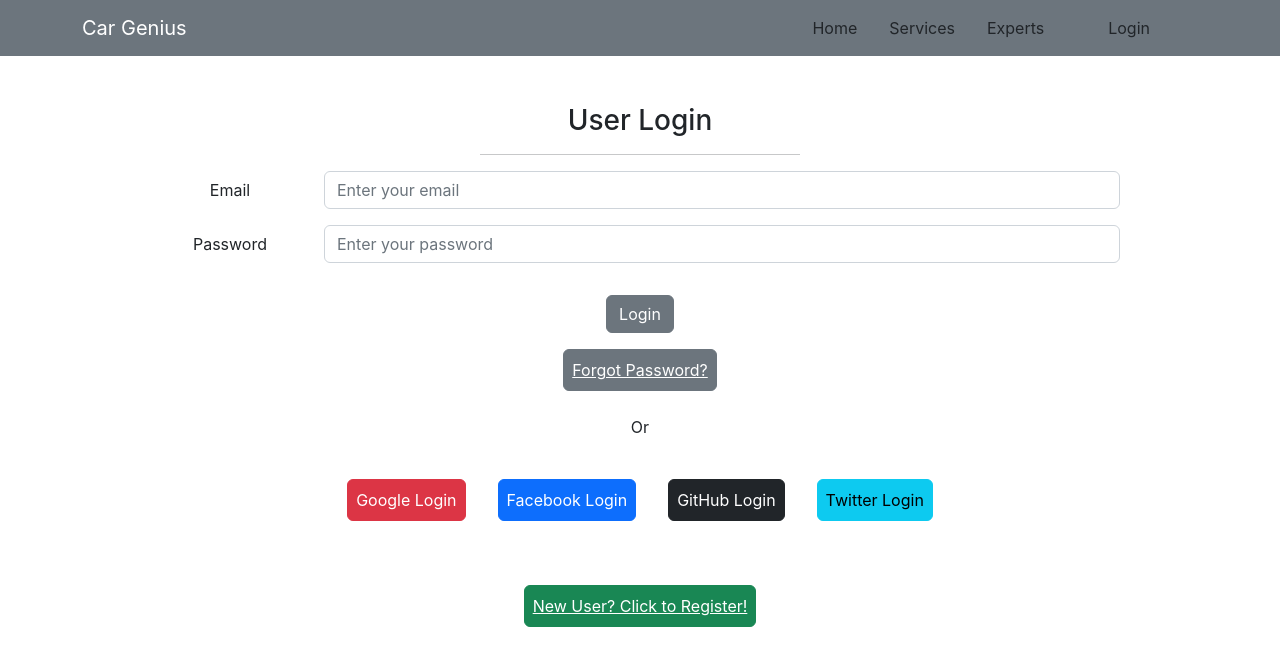
Repository: Sharif-00112/genius-car-service-client
Page: /booking/1
These files come from the project's save history. The page is drawn as it stood at one moment and after the next save; the edit follows.
The browser window is 1280 px wide. The pictures show the whole page.
The project was rebuilt for these pictures with package versions that can differ from the ones it lists, and the page was loaded fresh each time. Also part of the build but not shown: src/Pages/Home/Banner/Banner.js, src/Pages/Home/Expert/Expert.js, src/Pages/Home/Experts/Experts.js, src/Pages/Home/Service/Service.css, src/Pages/Home/Service/Service.js, src/Pages/Home/Services/Services.css, src/Pages/Home/Services/Services.js, src/Pages/Home/Home/Home.js and 3 more.

Above is the page before, as saved 2022-09-08 13:46:51.

### public/index.html
<!DOCTYPE html>
<html lang="en">
  <head>
    <meta charset="utf-8" />
    <link rel="icon" href="%PUBLIC_URL%/favicon.ico" />
    <meta name="viewport" content="width=device-width, initial-scale=1" />
    <meta name="theme-color" content="#000000" />
    <meta
      name="description"
      content="Web site created using create-react-app"
    />
    <link rel="apple-touch-icon" href="%PUBLIC_URL%/logo192.png" />
    <!--
      manifest.json provides metadata used when your web app is installed on a
      user's mobile device or desktop. See https://developers.google.com/web/fundamentals/web-app-manifest/
    -->
    <link rel="manifest" href="%PUBLIC_URL%/manifest.json" />
    <link rel="stylesheet" href="https://cdn.jsdelivr.net/npm/bootstrap@5.2.0/dist/css/bootstrap.min.css">

    <!--
      Notice the use of %PUBLIC_URL% in the tags above.
      It will be replaced with the URL of the `public` folder during the build.
      Only files inside the `public` folder can be referenced from the HTML.

      Unlike "/favicon.ico" or "favicon.ico", "%PUBLIC_URL%/favicon.ico" will
      work correctly both with client-side routing and a non-root public URL.
      Learn how to configure a non-root public URL by running `npm run build`.
    -->
    <title>React App</title>
  </head>
  <body>
    <noscript>You need to enable JavaScript to run this app.</noscript>
    <div id="root"></div>
    <!--
      This HTML file is a template.
      If you open it directly in the browser, you will see an empty page.

      You can add webfonts, meta tags, or analytics to this file.
      The build step will place the bundled scripts into the <body> tag.

      To begin the development, run `npm start` or `yarn start`.
      To create a production bundle, use `npm run build` or `yarn build`.
    -->
  </body>
</html>

### src/App.js
// import logo from './logo.svg';
import './App.css';
import { BrowserRouter as Router, Routes, Route} from 'react-router-dom';
import AuthProvider from './Pages/Login/context/AuthProvider';
import Home from './Pages/Home/Home/Home';
import PrivateRoute from './Pages/Login/PrivateRoute/PrivateRoute'
import NotFound from './Pages/NotFound/NotFound';
import Booking from './Pages/Booking/Booking/Booking';
import Login from './Pages/Login/Login/Login';
import Register from './Pages/Login/Register/Register';
import Header from './Pages/Shared/Header/Header';

function App() {
  return (
    <div className="App">
      <AuthProvider>
        <Router>
          <Header></Header>
          <Routes>
            <Route exact path = '/' element = {<Home></Home>}> </Route>
            <Route exact path = '/home' element = {<Home></Home>}> </Route>
            {/* <Route exact path = '/about' element = {<About></About>}> </Route>
            <Route exact path = '/contact' element = {<Contact></Contact>}> </Route> */}
            <Route exact path = '/login' element = {<Login></Login>}> </Route>
            <Route exact path = '/register' element = {<Register></Register>}> </Route>


            <Route exact path = '/booking/:serviceId' element = {
              <PrivateRoute>
                <Booking></Booking>
              </PrivateRoute>
            }> </Route>

            <Route exact path = '*' element = {<NotFound></NotFound>}> </Route>
          </Routes>
          {/* <Footer></Footer> */}
        </Router>
      </AuthProvider>
    </div>
  );
}

export default App;

### src/Pages/Login/context/AuthProvider.js
import React from 'react';
import { createContext } from 'react';
import useFirebase from '../hooks/useFirebase';

//step-1-context
export const AuthContext = createContext();

const AuthProvider = (props) => {
    //step-3-context
    const {children} = props;

    //step-5-context
    const allContext = useFirebase();

    return (
        //step-2-context
        <AuthContext.Provider value={allContext}>
            {children}
        </AuthContext.Provider>
    );
};

export default AuthProvider;

### src/Pages/Login/PrivateRoute/PrivateRoute.js
import React from 'react';
import { Navigate } from 'react-router-dom';
import useAuth from '../../Login/hooks/useAuth';

const PrivateRoute = ({children}) => {
    // const {children, ...rest} = props;

    const {user} = useAuth();

    return (
        user.email ? children
        :
        <Navigate to="/login" />
    );
};

export default PrivateRoute;

### src/Pages/Login/Login/Login.js
import React from 'react';
import { Link } from 'react-router-dom';
import useAuth from '../../Login/hooks/useAuth';

const Login = () => {
    //destructuring hooks
    const {signInUsingGoogle, signInUsingGithub, signInUsingFacebook, signInUsingTwitter, user, error, handleLoginSubmitBtn, handleEmailChange, handlePasswordChange } = useAuth();

    return (
        <div>
            { !user.email ? <h3 className='pt-5'>User Login</h3>
            :
            <div className="">
                <h3 className='pt-5'>Welcome, <span className='text-success'>{user.displayName}</span></h3>
            </div>
            }

            <hr className='w-25 mx-auto'/>

            { !user.email ?
                <div className="">
                    <form className='w-75 mx-auto' onSubmit={handleLoginSubmitBtn}>
                        <div className="row mb-3">
                            <label for="inputEmail3" className="col-sm-2 col-form-label">Email</label>
                            <div className="col-sm-10">
                            <input onChange={handleEmailChange}  type="email" className="form-control" id="inputEmail3" placeholder='Enter your email' required/>
                            </div>
                        </div>
                        <div className="row mb-3">
                            <label for="inputPassword3" className="col-sm-2 col-form-label">Password</label>
                            <div className="col-sm-10">
                            <input onChange={handlePasswordChange} type="password" className="form-control" id="inputPassword3" placeholder='Enter your password' required/>
                            </div>

                            <br />
                            <p className='text-danger'>{error}</p>
                        </div>
                        <button type="submit" className="btn btn-secondary">Login</button>
                    </form>
                    <button className='btn btn-secondary p-2 mt-3'><Link className='text-decoration-none text-white' to="/forgotpassword"><u>Forgot Password?</u></Link></button>


                    <p className='m-4'>Or</p>

                    <button onClick={signInUsingGoogle} className='btn btn-danger p-2 m-3'>Google Login</button>

                    <button onClick={signInUsingFacebook} className='btn btn-primary p-2 m-3'>Facebook Login</button>

                    <button onClick={signInUsingGithub} className='btn btn-dark p-2 m-3'>GitHub Login</button>

                    <button onClick={signInUsingTwitter} className='btn btn-info p-2 m-3'>Twitter Login</button>

                    <br />
                    <h5>{error}</h5>
                    <br />

                    <button className='btn btn-success p-2 m-3'><Link className='text-decoration-none text-white' to="/register"><u>New User? Click to Register!</u></Link></button>
                </div>
                :
                <div className="mb-5">
                    <p>Email: {user.email}</p>
                    <img src={user.photoURL} alt="" />
                    <br />
                    <button className='btn btn-secondary p-2 mt-3'><Link className='text-decoration-none text-white' to="/completeprofile"><u>Complete Profile</u></Link></button>
                </div>
            }



        </div>
    );
};

export default Login;

### src/Pages/Shared/Header/Header.js
import React from 'react';
import { Button, Container, Nav, Navbar } from 'react-bootstrap';
// import logo from '../../../images/logo.png'
import { Link } from 'react-router-dom';
import useAuth from '../../Login/hooks/useAuth';

const Header = () => {
    const {user, logout} = useAuth();
    return (
        <>
            <Navbar collapseOnSelect expand="lg" bg="secondary" variant="dark" sticky='top'>
                <Container>
                    <Navbar.Brand href="/home">
                        {/* <img src={logo} height="30" alt="" /> */}
                        Car Genius
                    </Navbar.Brand>
                    <Navbar.Toggle />
                    <Navbar.Collapse className="justify-content-end">
                        <Nav.Link as={Link} to="/home#home" className='mx-3'>Home</Nav.Link>
                        <Nav.Link as={Link} to="/home#services" className='mx-3'>Services</Nav.Link>
                        <Nav.Link as={Link} to="/home#experts" className='mx-3'>Experts</Nav.Link>

                        {user?.email ?
                            <div className="">
                                <Navbar.Text className='mx-4'>
                                    Signed in as: {user?.displayName}
                                </Navbar.Text>
                                <Button onClick={logout} variant='light'>Logout</Button>
                            </div>
                            :
                            <Nav.Link as={Link} to="/login" className='mx-5'>Login</Nav.Link>
                        }
                    </Navbar.Collapse>
                </Container>
            </Navbar>
        </>
    );
};

export default Header;

### src/Pages/Login/hooks/useFirebase.js
import { useState } from "react";
import initializeAuthentication from '../Firebase/firebase.initialize';
import { getAuth, signInWithPopup, GoogleAuthProvider, onAuthStateChanged, signOut, GithubAuthProvider, FacebookAuthProvider, createUserWithEmailAndPassword, signInWithEmailAndPassword, sendPasswordResetEmail, updatePassword, sendEmailVerification, updateProfile, } from "firebase/auth";
import { useEffect } from "react";

initializeAuthentication();

const useFirebase = () =>{
    const [user, setUser] = useState({});
    const [error, setError] = useState('');
    const [name, setName] = useState('');
    const [email, setEmail] = useState('');
    const [password, setPassword] = useState('');

    const googleProvider = new GoogleAuthProvider();
    const gitProvider = new GithubAuthProvider();
    const facebookProvider = new FacebookAuthProvider();
    const auth = getAuth();

    const signInUsingGoogle = () =>{
        signInWithPopup(auth, googleProvider)
        .then((result) => {
            // This gives you a Google Access Token. You can use it to access the Google API.
            // const credential = GoogleAuthProvider.credentialFromResult(result);
            // const token = credential.accessToken;
            // The signed-in user info.
            setUser(result.user);
        }).catch((error) => {
            // Handle Errors here.
            setError(error.code);
            setError(error.message);
            // The email of the user's account used.
            setError(error.customData.email);
            // The AuthCredential type that was used.
            setError(GoogleAuthProvider.credentialFromError(error));
        });
    }

    const signInUsingGithub = () =>{
      signInWithPopup(auth, gitProvider)
      .then((result) => {
        // This gives you a GitHub Access Token. You can use it to access the GitHub API.
        // const credential = GithubAuthProvider.credentialFromResult(result);
        // const token = credential.accessToken;

        // The signed-in user info.
        setUser(result.user);
      }).catch((error) => {
        // Handle Errors here.
        setError(error.code);
        setError(error.message);
        // The email of the user's account used.
        setError(error.customData.email);
        // The AuthCredential type that was used.
        setError(GithubAuthProvider.credentialFromError(error));
      });
    };

    const signInUsingFacebook = () =>{
      signInWithPopup(auth, facebookProvider)
      .then((result) => {
        // The signed-in user info.
        setUser(result.user);

        // This gives you a Facebook Access Token. You can use it to access the Facebook API.
        // const credential = FacebookAuthProvider.credentialFromResult(result);
        // const accessToken = credential.accessToken;
      })
      .catch((error) => {
        // Handle Errors here.
        setError(error.code);
        setError(error.message);
        // The email of the user's account used.
        setError(error.customData.email);
        // The AuthCredential type that was used.
        setError(FacebookAuthProvider.credentialFromError(error));
      });
    };

    const signInUsingTwitter = () =>{
      console.log('Twitter login coming soon...');
      alert('Twitter Login will be added later...');
    };

    const customLogin = (email, password) =>{
      signInWithEmailAndPassword(auth, email, password)
      .then((userCredential) => {
        // Signed in
        setUser(userCredential.user);
      })
      .catch((error) => {
        setError(error.code);
        setError(error.message);
      });
    };

    const customRegister = (email, password) =>{
      createUserWithEmailAndPassword(auth, email, password)
      .then((userCredential) => {
        // Signed in
        // const user = userCredential.user;
        // console.log(user);
      })
      .catch((error) => {
        setError(error.code);
        setError(error.message);
      });
    };

    const handleLoginSubmitBtn = e =>{
      e.preventDefault();
      // console.log(email, password);
      customLogin(email, password);
    }

    const handleRegisterSubmitBtn = e =>{
      e.preventDefault();
      // console.log(email, password);

      if(!/.{8,}/.test(password)){
        setError('Ensure password is of minimum length 8');
        return;
      }
      if(!/(?=.*[A-Z])/.test(password)){
        setError('Ensure password has minimum one uppercase letters');
        return;
      }
      if(!/(?=.*[!@#$%^&*()\-__+.])/.test(password)){
        setError('Ensure password has minimum one special case letter');
        return;
      }
      if(!/(?=.*[0-9])/.test(password)){
        setError('Ensure password has minimum one digits');
        return;
      }
      if(!/(?=.*[a-z])/.test(password)){
        setError('Ensure password has minimum one lowercase letters');
        return;
      }
      customRegister(email, password);
    }

    const handleNameChange = e =>{
      setName(e.target.value);
    }

    const handleEmailChange = e =>{
      setEmail(e.target.value);
    }

    const handlePasswordChange = e =>{
      setPassword(e.target.value);
    }

    const handleForgotPassword = () =>{
      sendPasswordResetEmail(auth, email)
      .then(() => {
        // Password reset email sent!
      })
      .catch((error) => {
        setError(error.code);
        setError(error.message);
      });
    }

    const handleChangePassword = () =>{
      const user = auth.currentUser;
      const newPassword = password;
      updatePassword(user, newPassword).then(() => {
        // Update successful.
      }).catch((error) => {
        setError(error.code);
        setError(error.message);
      });
    }

    const setUserName = () =>{
      updateProfile(auth.currentUser, {
        displayName: name
      }).then(() => {
        // Profile updated!
      }).catch((error) => {
        setError(error.code);
        setError(error.message);
      });
    }

    const verifyEmail = () =>{
      sendEmailVerification(auth.currentUser)
      .then(() => {
        // Email verification sent!
      }).catch((error) => {
        setError(error.code);
        setError(error.message);
      });
    }

    //observe user login change
    useEffect(()=>{
        const unsubscribe = onAuthStateChanged(auth, (user) => {
            if (user) {
              // User is signed in, see docs for a list of available properties
              // https://firebase.google.com/docs/reference/js/firebase.User
              // console.log('inside state change', user);
              setUser(user);
            } else {
              // User is signed out
              setUser({});
            }
          });
          return () => unsubscribe;
    },[auth]);

    const logout = () =>{
        signOut(auth)
        .then(() => {
            // Sign-out successful.
            setUser({});
          }).catch((error) => {
            setError(error);
          });
    }

    return {
      signInUsingGoogle,
      signInUsingGithub,
      signInUsingFacebook,
      signInUsingTwitter,
      customLogin,
      customRegister,
      handleLoginSubmitBtn,
      handleRegisterSubmitBtn,
      handleNameChange,
      handleEmailChange,
      handlePasswordChange,
      handleForgotPassword,
      handleChangePassword,
      verifyEmail,
      setUserName,
      logout,
      user,
      error
    };
}

export default useFirebase;

### src/Pages/Login/hooks/useAuth.js
//step-6-context

import { useContext } from "react"
import { AuthContext } from "../context/AuthProvider"

const useAuth = () =>{
    return useContext(AuthContext);
}

export default useAuth;

### src/Pages/Login/Firebase/firebase.initialize.js
import { initializeApp } from "firebase/app";
import firebaseConfig from "./firebase.config";

const initializeAuthentication = () =>{
    initializeApp(firebaseConfig);
}

export default initializeAuthentication;

### src/Pages/Login/Firebase/firebase.config.js
// console.log(process.env);

const firebaseConfig = {
  apiKey: process.env.REACT_APP_FIREBASE_API_KEY,
  authDomain: process.env.REACT_APP_FIREBASE_AUTH_DOMAIN,
  projectId: process.env.REACT_APP_FIREBASE_PROJECT_ID,
  storageBucket: process.env.REACT_APP_FIREBASE_STORAGE_BUCKET,
  messagingSenderId: process.env.REACT_APP_FIREBASE_MESSAGING_SENDER_ID,
  appId: process.env.REACT_APP_FIREBASE_APP_ID,
  measurementId: process.env.REACT_APP_FIREBASE_MEASUREMENT_ID
};

export default firebaseConfig;

Loaded but not shown: src/index.js (common file); src/index.css (common file); src/reportWebVitals.js (common file); src/App.css (common file)

After the next save:
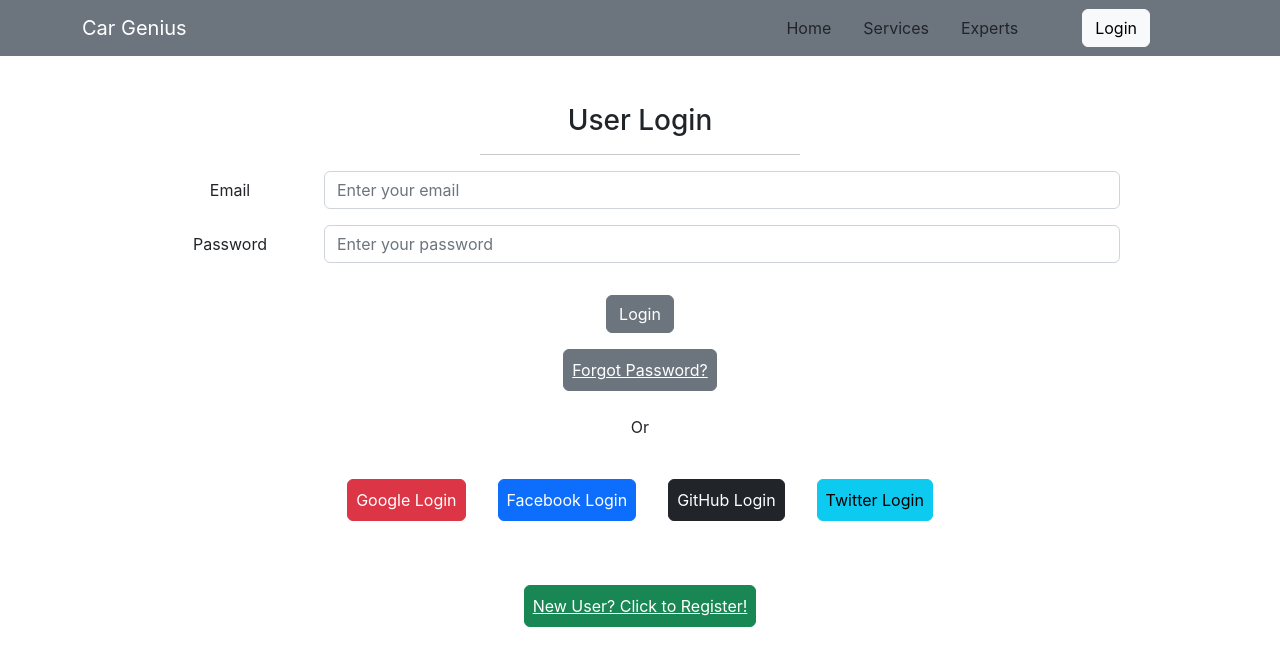
Saved 81 s later.
--- a/src/Pages/Shared/Header/Header.js
+++ b/src/Pages/Shared/Header/Header.js
@@ -28,7 +28,7 @@ const Header = () => {
                                 <Button onClick={logout} variant='light'>Logout</Button>
                             </div>
                             :
-                            <Nav.Link as={Link} to="/login" className='mx-5'>Login</Nav.Link>
+                            <Nav.Link as={Link} to="/login" className='mx-5'><Button variant='light'>Login</Button></Nav.Link>
                         }
                     </Navbar.Collapse>
                 </Container>
